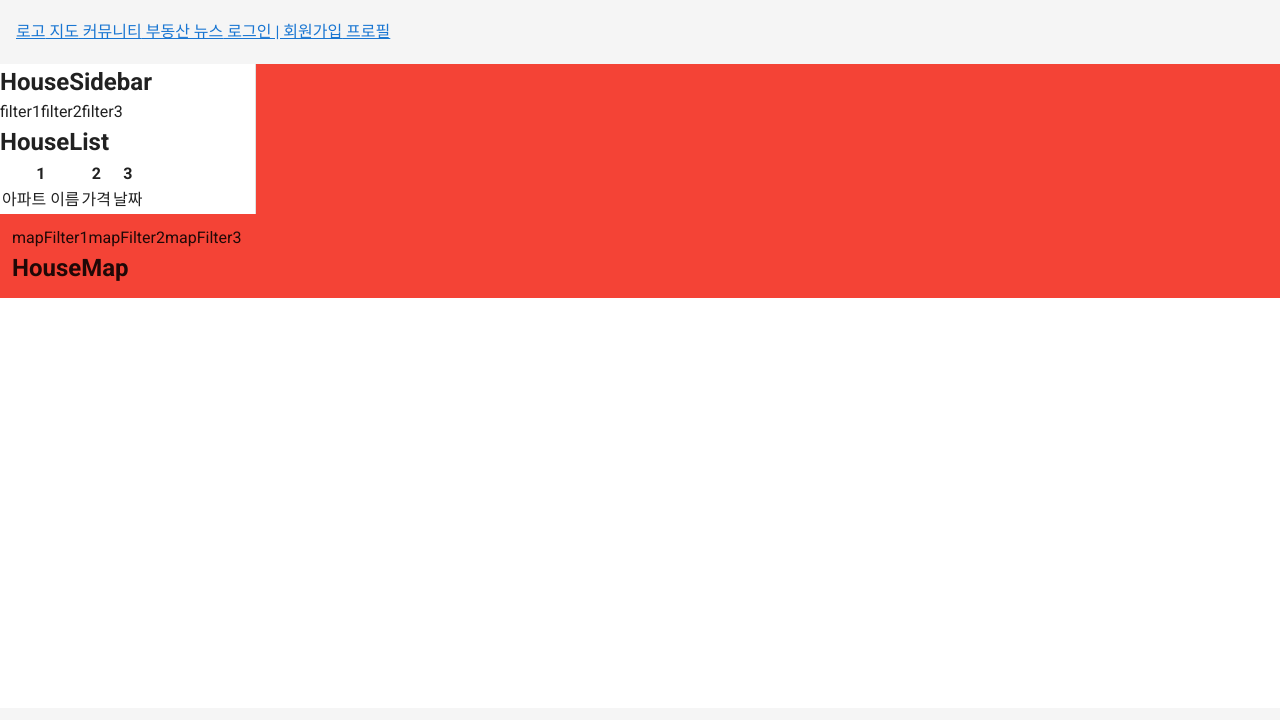
Repository: misso88/vue-whereIsMyHome
Page: /map
The author's editor kept a copy of each file at every save. The page is drawn from the files as they stood at one save, then again after the next save.
The browser window is 1280 px wide. The pictures show the whole page.
The project was rebuilt for these pictures with package versions that can differ from the ones it lists, and the page was loaded fresh each time. Also part of the build but not shown: vue.config.js, src/views/AppMain.vue, src/views/AppNews.vue.

Above is the page before, as saved 2022-11-16 10:18:29.

After the next save:
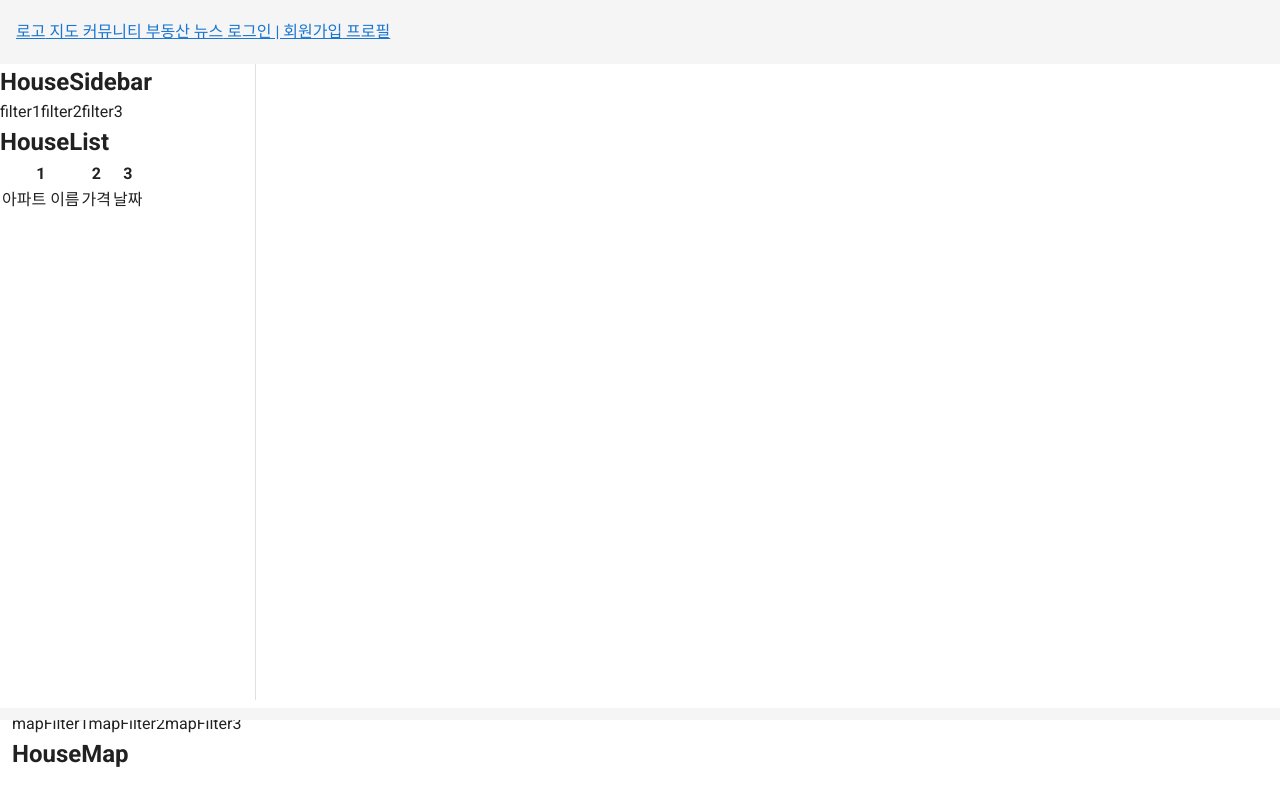
Saved 11 s later.
--- a/src/views/AppHouse.vue
+++ b/src/views/AppHouse.vue
@@ -1,12 +1,12 @@
 <template>
-  <div class="red">
+  <v-app>
     <v-navigation-drawer permanent clipped>
       <house-sidebar></house-sidebar>
     </v-navigation-drawer>
     <v-container fluid>
       <house-map></house-map>
     </v-container>
-  </div>
+  </v-app>
 </template>
 
 <script>
